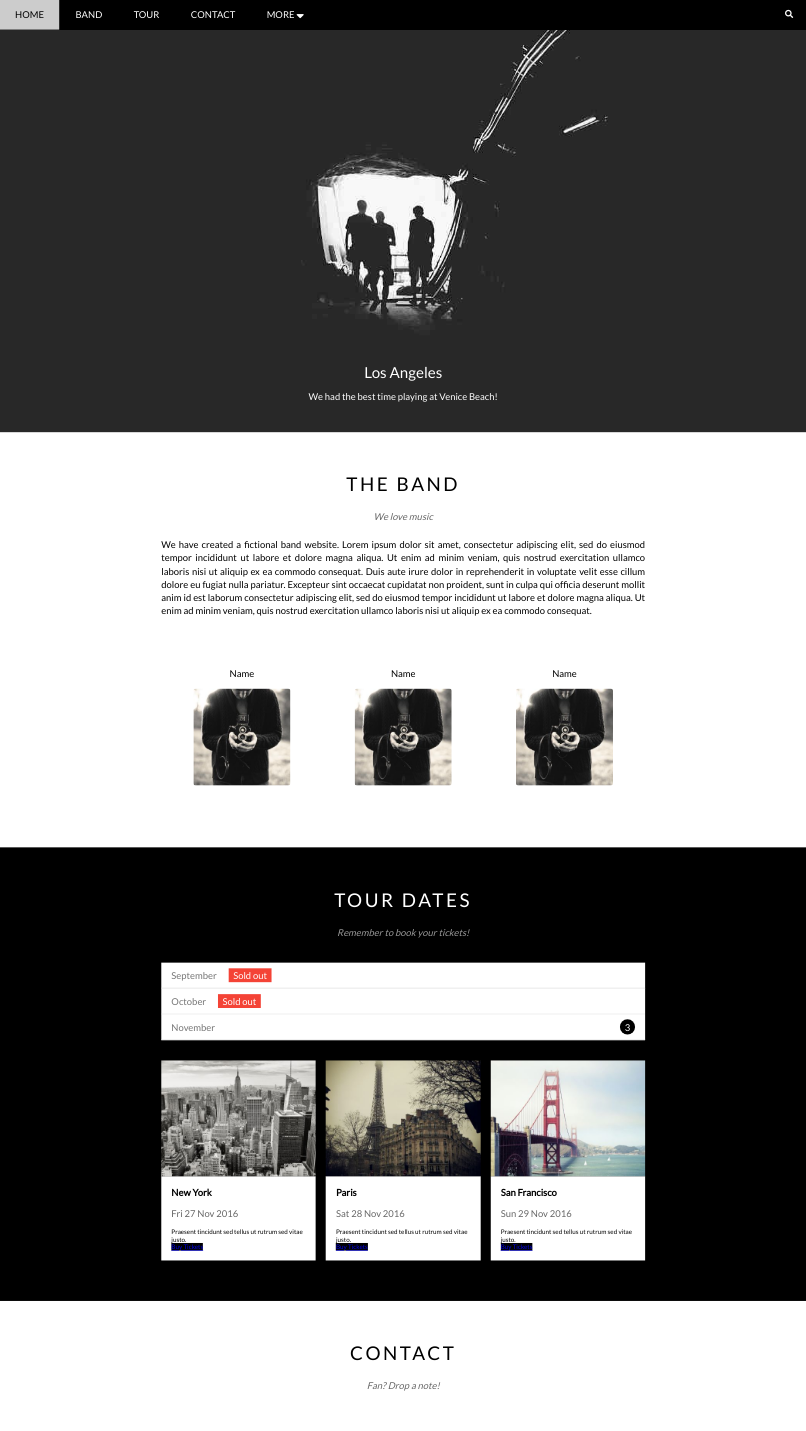
Repository: nguyenthaicong265/w3-band
Page: index.html
An editor plug-in stored every save of this project. The page is shown before and after the next save, followed by the edit.
The browser window is 1280 px wide. The pictures show the whole page, at 63% of full size.

Above is the page before, as saved 2021-12-29 17:09:36.

### index.html
<!DOCTYPE html>
<html lang="en">
<head>
    <meta charset="UTF-8">
    <meta http-equiv="X-UA-Compatible" content="IE=edge">
    <meta name="viewport" content="width=device-width, initial-scale=1.0">
    <title>Document</title>
    <link rel="stylesheet" href="./assets/css/styles.css">
    <link rel="stylesheet" href="https://fonts.googleapis.com/css?family=Lato">
    <link rel="stylesheet" href="./assets/font/themify-icons-font/themify-icons/themify-icons.css">
    <link rel="stylesheet" href="./assets/font/fontawesome-free-5.15.4-web/css/all.css">
</head>
<body>
    <div id="main">
        <div id="header">
            <ul id="nav">
                <li><a href="">Home</a></li>
                <li><a href="">Band</a></li>
                <li><a href="">Tour</a></li>
                <li><a href="">Contact</a></li>
                <li>
                    <a href="#">
                        More
                        <i class="fas fa-sort-down"></i>
                    </a>
                    <ul class="subnav">
                        <li><a href="#">Merchandise</a></li>
                        <li><a href="#">Extras</a></li>
                        <li><a href="#">Media</a></li>
                    </ul>
                </li>
            </ul>
            <div class="search-button">
                <i class="fas fa-search text-white"></i>
            </div>
        </div>

        <div id="slider">
            <div class="text-content text-white">
                <h2 class="text-head">Los Angeles
                </h2>
                <div class="text-description">We had the best time playing at Venice Beach!
                </div>
            </div>
        </div>

        <div id="content">
            <!-- About-section -->
            <div class="band-section">
                <div class="content-section band">
                    <h2 class="section-heading">
                    THE BAND
                    </h2>
                    <p class="section-sub-heading">
                    We love music
                    </p>
                    <p class="about-text">We have created a fictional band website. Lorem ipsum dolor sit amet, consectetur adipiscing elit, sed do eiusmod tempor incididunt ut labore et dolore magna aliqua. Ut enim ad minim veniam, quis nostrud exercitation ullamco laboris nisi ut aliquip ex ea commodo consequat. Duis aute irure dolor in reprehenderit in voluptate velit esse cillum dolore eu fugiat nulla pariatur. Excepteur sint occaecat cupidatat non proident, sunt in culpa qui officia deserunt mollit anim id est laborum consectetur adipiscing elit, sed do eiusmod tempor incididunt ut labore et dolore magna aliqua. Ut enim ad minim veniam, quis nostrud exercitation ullamco laboris nisi ut aliquip ex ea commodo consequat.
                    </p>

                    <!-- Member -->
                    <div class="members-list">
                        <div class="member-item">
                            <p class="member-name">Name</p>
                            <img src="./assets/img/band/member1.jpg" alt="Name" class="member-avatar">
                        </div>

                        <div class="member-item">
                            <p class="member-name">Name</p>
                            <img src="./assets/img/band/member1.jpg" alt="Name" class="member-avatar">
                        </div>

                        <div class="member-item">
                            <p class="member-name">Name</p>
                            <img src="./assets/img/band/member1.jpg" alt="Name" class="member-avatar">
                        </div>
                    </div>
                </div>
            </div>

            <!-- Tour-section -->
            <div class="tour-section">
                <div class="content-section">
                    <h2 class="section-heading text-white">
                    TOUR DATES
                    </h2>
                    <p class="section-sub-heading text-white">
                    Remember to book your tickets!
                    </p>

                    <!-- Tickets  -->
                    <ul class="tickets-list">
                        <li>September <span class="sold-out text-white">Sold out</span></li>
                        <li>October <span class="sold-out text-white">Sold out</span></li>
                        <li>November <span class="quantity text-white">3</span></li>
                    </ul>

                    <!-- Places -->
                    <div class="places-list">
                        <div class="places-item">
                            <img src="./assets/img/places/newyork.jpg" alt="New York" class="place-img">
                            <div class="place-body">
                                <h3 class="place-heading">
                                    New York
                                </h3>
                                <p class="place-time">
                                    Fri 27 Nov 2016
                                </p>
                                <p class="place-dsc">
                                    Praesent tincidunt sed tellus ut rutrum sed vitae justo.
                                </p>
                                <a href="#" class="place-buy-ticket">Buy Tickets</a>
                            </div>
                        </div>

                        <div class="places-item">
                            <img src="./assets/img/places/paris.jpg" alt="Paris" class="place-img">
                            <div class="place-body">
                                <h3 class="place-heading">
                                    Paris
                                </h3>
                                <p class="place-time">
                                    Sat 28 Nov 2016
                                </p>
                                <p class="place-dsc">
                                    Praesent tincidunt sed tellus ut rutrum sed vitae justo.
                                </p>
                                <a href="#" class="place-buy-ticket">Buy Tickets</a>
                            </div>
                        </div>

                        <div class="places-item">
                            <img src="./assets/img/places/sanfran.jpg" alt="San Francisco" class="place-img">
                            <div class="place-body">
                                <h3 class="place-heading">
                                    San Francisco
                                </h3>
                                <p class="place-time">
                                    Sun 29 Nov 2016
                                </p>
                                <p class="place-dsc">
                                    Praesent tincidunt sed tellus ut rutrum sed vitae justo.
                                </p>
                                <a href="#" class="place-buy-ticket">Buy Tickets</a>
                            </div>
                        </div>
                    </div>
                </div>
            </div>

            <!-- Contact-section -->
            <div class="content-section">
                <h2 class="section-heading">
                CONTACT
                </h2>
                <p class="section-sub-heading">
                Fan? Drop a note!
                </p>
            </div>
        </div>

        <div id="footer">

        </div>
    </div>
</body>
</html>

### assets/css/styles.css
/* Reset CSS */
* {
    padding: 0;
    margin: 0;
    box-sizing: border-box;
}

html {
    font-family: "Lato", sans-serif;
    font-size: 62.5%;
}

.text-white {
    color: #ffff !important;
}

#main {

}

#header {
    position: fixed;
    top: 0;
    left: 0;
    right: 0;
    height: 46.5px;
    background-color: #000000;
    z-index: 1;
}

#header .search-button {
    float: right;
    padding: 0 21px;
}

#header .search-button:hover {
    cursor: pointer;
    background-color: #f44336!important;
}

#header .fa-search {
    font-size: 13px;
    line-height: 46px;
}

#nav, .subnav {
    display: inline-block;
    list-style-type: none;
}

#nav > li {
    display: inline-block;
}

#nav li {
    position: relative;
}

#nav > li > a {
    color: #ffffff;
    text-transform: uppercase;
}

#nav li a {
    text-decoration: none;
    line-height: 46.5px;
    padding: 0px 24px;
    font-size: 1.5rem;
    display: block;
}

#nav .fa-sort-down {
    font-size: 20px;
}

#nav li:hover .subnav {
    display: block;

}

#nav > li:hover > a,
#nav .subnav li:hover a {
    color: #000 !important;
    background-color: #ccc !important;
}

#nav .subnav {
    display: none;
    position: absolute;
    min-width: 160px;
    top: 46.5px;
    background-color: #ffffff;
    box-shadow: 0 0 10px rgba(0, 0, 0, 0.3);
}

#nav .subnav a {
    color: #000;
    padding: 0 12px;
    line-height: 38px;
}

#slider {
    position: relative;
    margin-top: 46px;
    padding-top: 50%;
    background: url(/assets/img/slider/slider1.jpg) top center / cover no-repeat;
}

#slider .text-content {
    position: absolute;
    bottom: 48px;
    width: 100%;
    text-align: center;
}

#slider .text-head {
    font-weight: 100;
    font-size: 24px;
    margin-bottom: 10px;
}
#slider .text-description {
    font-size: 15px;
    margin-top: 15px;
}

#content {
}

#content .content-section {
    width: 800px;
    padding: 64px 16px ;
    margin-left: auto;
    margin-right: auto;
}

#content .section-heading {
    font-size: 30px;
    font-weight: 400;
    letter-spacing: 4px;
    text-align: center;
}

#content .section-sub-heading {
    font-size: 15px;
    font-style: italic;
    text-align: center;
    opacity: 0.6;
    margin-top: 25px;
}

#content .about-text {
    text-align: justify;
    font-size: 15px;
    margin-top: 25px;
    line-height: 1.4;
}

#content .members-list {
    margin-top: 48px;
    overflow: hidden;
    padding-top: 32px !important;
    padding-bottom: 32px !important;
}

#content .member-item {
    float: left;
    width: 33.333333%;
    text-align: center;
}

#content .member-name {
    font-size: 15px;


}

#content .member-avatar {
    width: 60%;
    margin-top: 15px;
    border-radius: 4px;
}

.tour-section {
    background-color: #000;
    width: 100%;
}

.tickets-list {
    background-color: #ffffff;
    margin-top: 40px;
    list-style-type: none;
}

.tickets-list li {
    font-size: 15px;
    padding: 11px 16px;
    border-bottom: 1px solid #dddd;
    color: #757575;
}

.tickets-list .sold-out {
    background-color: #f44336!important;
    padding: 2px 7px;
    margin-left: 16px;
}

.tickets-list .quantity {
    float: right;
    width: 24px;
    height: 24px;
    background-color: #000;
    border-radius: 50%;
    line-height: 24px;
    text-align: center;
    margin-top: -3px;
}

.places-list {
    margin: 32px -8px 0px;
    overflow: hidden;
}

.places-item {
    float: left;
    width: 33.33333%;
    padding: 0 8px;

}

.place-img {
    display: block;
    width: 100%;
}

.place-img:hover {
    opacity: 0.6;
}

.place-body {
    background-color: #ffff;
    padding: 16px;
}

.place-heading {
    font-size: 15px;
    font-weight: bolder;
    margin-bottom: 15px;
}

.place-time {
    font-size: 15px;
    opacity: 0.6;
    margin-bottom: 15px;
}

.place-dsc {

}

.places-list .places-item .place-buy-ticket {
    background-color: #000;
}

.places-list .places-item .place-buy-ticket:hover {
    color: #000;
    background-color: #ccc;
}

#footer {

}

Loaded but not shown: assets/font/themify-icons-font/themify-icons/themify-icons.css (common file); assets/font/fontawesome-free-5.15.4-web/css/all.css (library)

After the next save:
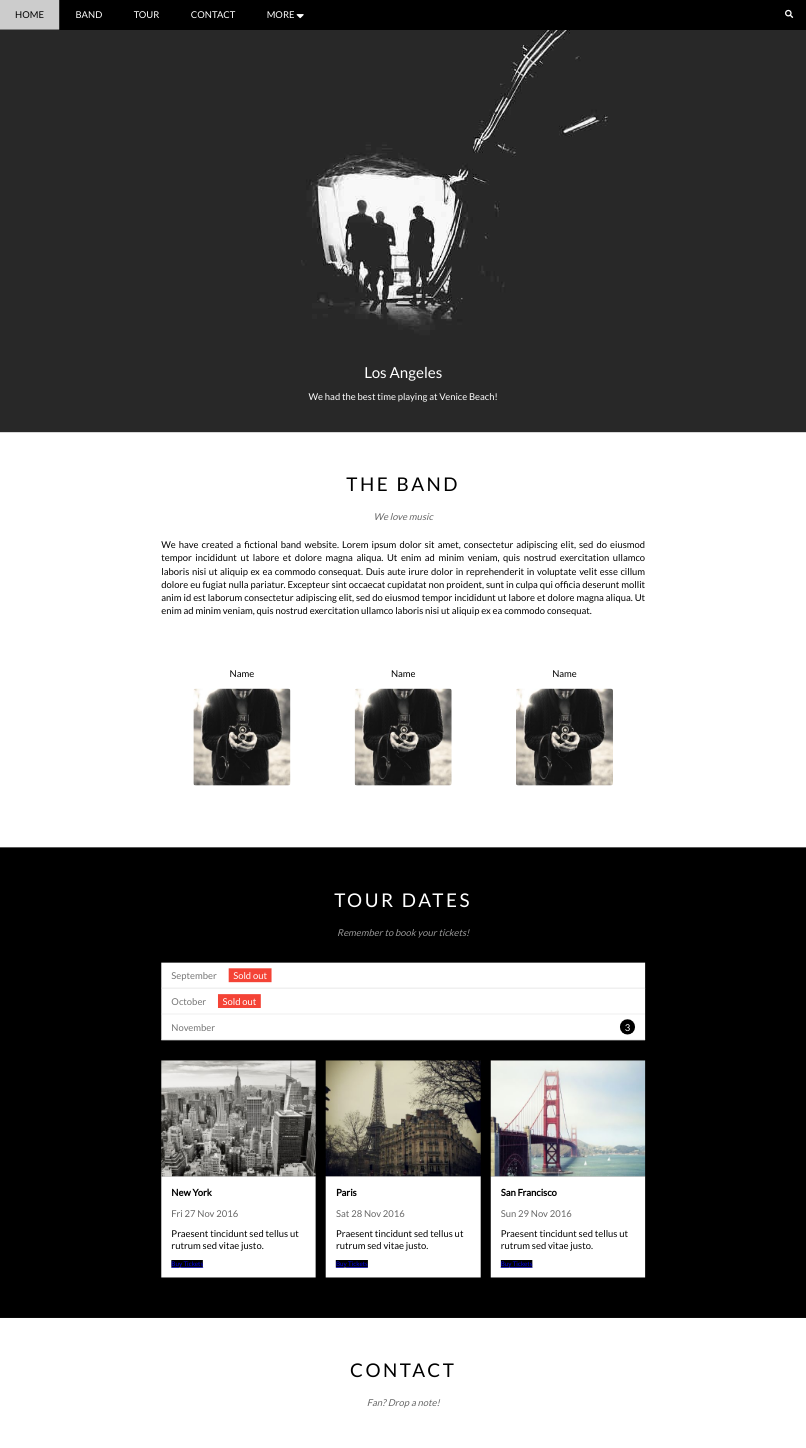
Saved 48 s later.
--- a/assets/css/styles.css
+++ b/assets/css/styles.css
@@ -254,7 +254,8 @@ html {
 }
 
 .place-dsc {
-
+    font-size: 15px;
+    margin-bottom: 15px;
 }
 
 .places-list .places-item .place-buy-ticket {
